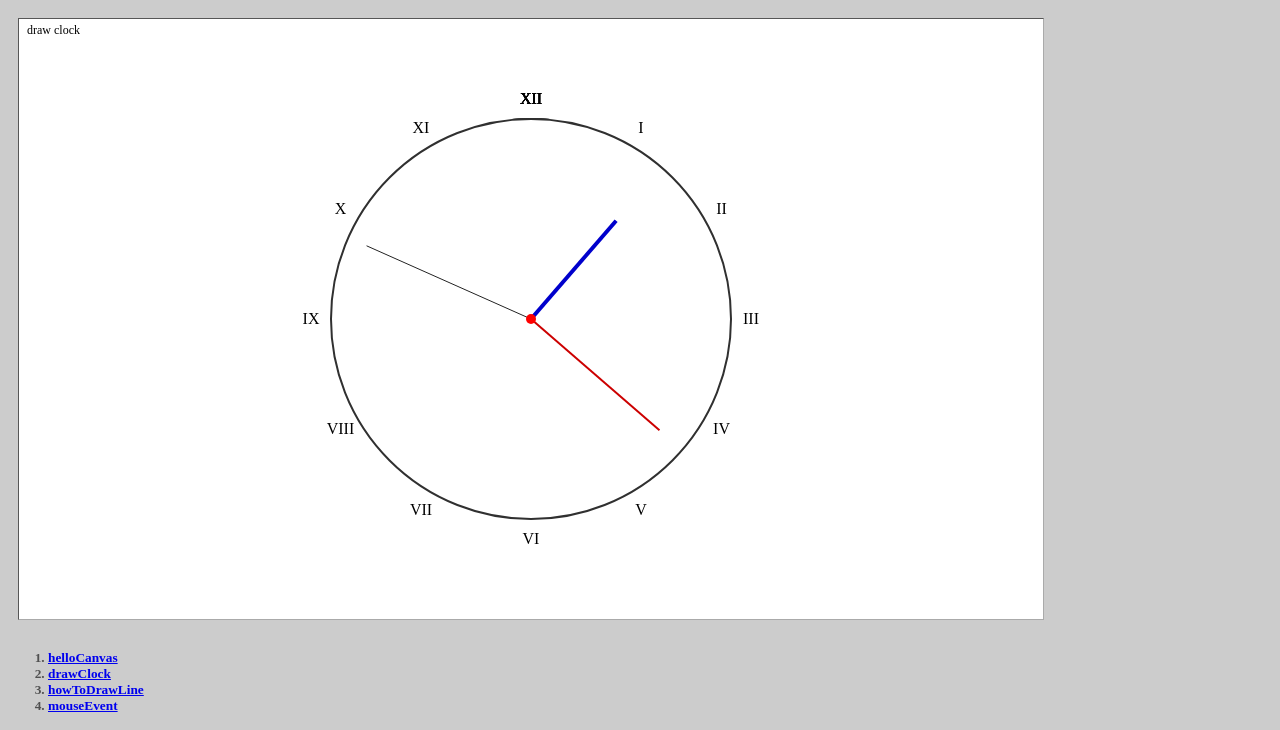
Repository: dnvy0084/canvasstudy
Page: HTML5Canvas.html
The author's editor kept a record of every edit. The page is drawn from the files as they stood at one moment, then again after the next edit.
The browser window is 1280 px wide. The pictures show the whole page.

Above is the page before.

### HTML5Canvas.html
<!DOCTYPE html>
<html>
    <head>
        <title>HTML5 Canvas Example</title>
        <link rel="stylesheet" href="./css/default.css" type="text/css" />
        <script type="text/javascript" src="./js/lib.js"></script>
        <script type="text/javascript" src="./js/html5CanvasExample.js"></script>
    </head>
    <body>
        <canvas id="canvas" width="1024" height="600">
            Canvas does not supported
        </canvas>
        <div><ol id="functionList"/></div>
    </body>
</html>

### css/default.css
body
{
    background: #cccccc;
}

canvas
{
    background: #ffffff;
    margin: 10px;
    border: thin inset #aaaaaa;
}

li
{
    font-family: NanumGothic;
    font-size: 10pt;
    font-weight: bold;
    color: #505050;
}

### js/html5CanvasExample.js

var CanvasApp = function()
{
    this.canvas = undefined;
    this.context = undefined;
    this.finalizer = null;

    this.firstCase = "drawClock";
}

CanvasApp.prototype =
{

    /**
     *
     * initializer
     *  canvas element를 받아 context와 canvas element를
     *  CanvasApp instance 변수에 저장.
     *
     **/
    init: function( canvas )
    {
        this.canvas = canvas;
        this.context = canvas.getContext( "2d" );
        this.context.save();

        this.makeTestCaseList();
        this.excuteFunc( this.firstCase );
    },

    /**
     * test case function name이 포함된 listitem을 html에 추가
     * */
    makeTestCaseList: function()
    {
        var container = document.getElementById( "functionList" ),
            listItem;

        var appContext = this;

        function onclick( e )
        {
            appContext.excuteFunc( e.target.innerHTML.toString() );
        }

        for( var s in this )
        {
            if( typeof( this[s] ) != "function" ||
                s.indexOf( "$" ) == -1 ) continue;

            listItem = document.createElement( "LI" );
            listItem.innerHTML = "<a href='#'>" + s.replace( "$", "" ) + "</a>";
            listItem.addEventListener( "click", onclick );
            container.appendChild( listItem );
        }
    },

    /**
     * 왼쪽 상단에 현재 test case를 알수 있도록 title 표시
     * */
    setTitle: function( title )
    {
        this.context.save();

        this.context.font = "9pt NanumGothic bold";
        this.context.fillStyle = "#96969;";
        this.context.fillText( title, 8, 15 );

        this.context.restore();
    },

    /**
     * 추가된 listItem click시 해당 listItem명의 함수를 호출.
     * */
    excuteFunc: function( funcName )
    {
        if( this.finalizer !== null )
        {
            this.finalizer();
            this.finalizer = null;
        }

        if( !(/^\$/).test( funcName ) )
            funcName = "$" + funcName;

        if( this[ funcName ] === undefined ) return;

        this[ funcName ]();
    },


    /**
     * canvas 화면 클리어.
     * */
    clear: function()
    {
        this.context.clearRect(
            0, 0, this.canvas.width, this.canvas.height );
    },

     /**
     *
     * Test Case Function List
     *
     **/

     // 예제 1.1
    $helloCanvas: function()
    {
        this.clear();
        this.setTitle( "hello, canvas" );

        this.context.save();

        this.context.font = "38pt NanumGothic";
        this.context.fillStyle = "cornflowerblue";
        this.context.strokeStyle = "blue";

        var text = "hello, canvas";
        var measuredInfo = this.context.measureText( text );

        this.context.fillText( text,
            ( this.canvas.width - measuredInfo.width ) / 2, this.canvas.height / 2 );
        this.context.strokeText( text,
            ( this.canvas.width - measuredInfo.width ) / 2, this.canvas.height / 2 );

        this.context.restore();
    },

    $drawClock: function()
    {
        this.clear();
        this.setTitle( "draw clock" );

        var clock = new Clock();
        clock.x = this.canvas.width / 2;
        clock.y = this.canvas.height / 2;

        clock.__render( this.context );

        var appContext = this;
        var clockTimer = setInterval(
            function()
            {
                appContext.context.clearRect(
                    0, 100, appContext.canvas.width, appContext.canvas.height );
                clock.__render( appContext.context );
            }, 1000
        )

        this.finalizer = function()
        {
            clearInterval( clockTimer );
        }
    },

    $howToDrawLine: function()
    {
        this.clear();
        this.setTitle( "howToDrawLine" );
        this.context.save();

        this.context.lineWidth = 2;
        this.context.strokeStyle = "#cc0000";

        var numPolygons = 5,
            radius = 200,
            cx = this.canvas.width / 2,
            cy = this.canvas.height / 2;

        var t = - Math.PI / 2,
            x = cx + radius * Math.cos( t ),
            y = cy + radius * Math.sin( t );

        this.context.beginPath();
        this.context.moveTo( x, y );

        for( var i = 1; i < numPolygons + 1; i++ )
        {
            t = i * ( 2 * Math.PI ) / numPolygons - Math.PI / 2;

            x = cx + radius * Math.cos( t );
            y = cy + radius * Math.sin( t );

            this.context.lineTo( x, y );
        }

        this.context.stroke();

        this.context.lineWidth = 1;
        this.context.strokeStyle = "#0000ff";

        t = -Math.PI / 2;
        x = cx + radius * Math.cos( t ),
        y = cy + radius * Math.sin( t );

        this.context.beginPath();
        this.context.moveTo( x, y );

        for( var i = 2; i <= numPolygons * 2; i += 2 )
        {
            t = ( 2 * Math.PI ) * ( i % numPolygons ) / numPolygons - Math.PI / 2;

            x = cx + radius * Math.cos( t );
            y = cy + radius * Math.sin( t );

             this.context.lineTo( x, y );
        }

        this.context.stroke();
        this.context.restore();
    },

    $mouseEvent: function()
    {
        this.clear();
        this.setTitle( "MouseEvent test" );

        this.canvas.addEventListener( "onclick",
            function( e )
            {
                console.log( e );
            }
        );

        console.log( "test", this.canvas.addEventListener );
    },
}

window.onload = function()
{
    new CanvasApp().init( document.getElementById( "canvas" ) );
}





/**
 *
 * CLOCK Instance
 *
 * */

var Clock = function()
{
    this.radius = 200;

    this.numerals =
    [
        "I", "II", "III", "IV",
        "V", "VI", "VII", "VIII",
        "IX", "X", "XI", "XII"
    ];

    this.x = 0;
    this.y = 0;
};

Clock.prototype =
{
    time: function( time )
    {
        var date = new Date();

        console.log( date );
    },

    drawCircle: function( context )
    {
        context.beginPath();

        context.lineWidth = 2;
        context.strokeStyle = "#303030";
        context.arc( this.x, this.y, this.radius, 0, 2 * Math.PI );
        context.stroke();
    },

    alignNumerals: function( context )
    {
        var r = this.radius + 20,
            t, x, y, textWidth;

        context.font = "12pt NanumGothic bold";

        for( var i = 0; i < this.numerals.length; i++ )
        {
            t = Math.PI * ( i / 6 - 1 / 3 );
            x = this.x + r * Math.cos( t );
            y = this.y + r * Math.sin( t );

            textWidth = context.measureText( this.numerals[i] ).width;
            context.fillText( this.numerals[i], x - textWidth / 2, y + 5 );
        }
    },

    drawHands: function( context )
    {
        var date = new Date(),
            sec = date.getSeconds(),
            min = date.getMinutes() + sec / 60,
            hour = date.getHours() + min / 60,
            t, x, y;

        var a =
        [
            hour, 12, 4, "#0000cc", 0.65,
            min, 60, 2, "#cc0000", 0.85,
            sec, 60, 1, "#222222", 0.9,
        ];

        for( var i = 0; i < a.length; i += 5 )
        {
            context.beginPath();

            t = 2 * Math.PI * a[i] / a[i+1] - Math.PI / 2;
            x = this.x + a[i+4] * this.radius * Math.cos( t );
            y = this.y + a[i+4] * this.radius * Math.sin( t );

            context.lineWidth = a[ i + 2 ];
            context.strokeStyle = a[ i + 3 ];
            context.moveTo( this.x, this.y );
            context.lineTo( x, y );

            context.stroke();
        }

        context.beginPath();

        context.fillStyle = "#ff0000";
        context.arc( this.x, this.y, 5, 0, 2 * Math.PI );
        context.fill();
    },

    __render: function( context )
    {
        context.save();

        this.drawCircle( context );
        this.alignNumerals( context );
        this.drawHands( context );

        context.restore();
    },
}


/**
 * Canvas Context Properties Document
 *
 *
 * 1. Color, Styles, and Shadows
 *
 * ------------------ properties ------------------
 * fillStyle:       Sets or returns the color, gradient, or pattern used to fill the drawing    - e.g( context.fillStyle="#FF0000"; )
 * strokeStyle:     Sets or returns the color, gradient, or pattern used for strokes            - e.g( context.strokeStyle="#FF0000"; )
 * shadowColor:	    Sets or returns the color to use for shadows                                - e.g( context.shadowColor="black"; )
 * shadowBlur:	    Sets or returns the blur level for shadows                                  - e.g( context.fillStyle="#FF0000"; )
 * shadowOffsetX:	Sets or returns the horizontal distance of the shadow from the shape    - e.g( context.shadowOffsetX=20; )
 * shadowOffsetY:	Sets or returns the vertical distance of the shadow from the shape      - e.g( context.shadowOffsetY=20; )
 *
 * ------------------ methods ------------------
 * function createLinearGradient( x0, y0, x1, y1 ){}: GradientObject	Creates a linear gradient (to use on canvas content)
 * function createPattern( image, repeat ){}: PatternObject	        Repeats a specified element in the specified direction
 * function createRadialGradient(){}	Creates a radial/circular gradient (to use on canvas content)
 * function addColorStop(){}	        Specifies the colors and stop positions in a gradient object
 *
 *
 * 2. Line Styles
 *
 * ------------------ properties ------------------
 * lineCap	Sets or returns the style of the end caps for a line
 * lineJoin	Sets or returns the type of corner created, when two lines meet
 * lineWidth	Sets or returns the current line width
 * miterLimit	Sets or returns the maximum miter length
 *
 *
 * 3. Rectangles
 *
 * ------------------ methods ------------------
 * rect()	Creates a rectangle
 * fillRect()	Draws a "filled" rectangle
 * strokeRect()	Draws a rectangle (no fill)
 * clearRect()	Clears the specified pixels within a given rectangle
 *
 *
 * 4. Paths
 *
 * ------------------ methods ------------------
 * fill()	Fills the current drawing (path)
 * stroke()	Actually draws the path you have defined
 * beginPath()	Begins a path, or resets the current path
 * moveTo()	Moves the path to the specified point in the canvas, without creating a line
 * closePath()	Creates a path from the current point back to the starting point
 * lineTo()	Adds a new point and creates a line from that point to the last specified point in the canvas
 * clip()	Clips a region of any shape and size from the original canvas
 * quadraticCurveTo()	Creates a quadratic Bézier curve
 * bezierCurveTo()	Creates a cubic Bézier curve
 * arc( cx, cy, radius, sAngle, eAngle, CCW )	Creates an arc/curve (used to create circles, or parts of circles)
 * arcTo()	Creates an arc/curve between two tangents
 * isPointInPath()	Returns true if the specified point is in the current path, otherwise false
 *
 *
 * 5. Transformations
 *
 * ------------------ methods ------------------
 * scale()	Scales the current drawing bigger or smaller
 * rotate()	Rotates the current drawing
 * translate()	Remaps the (0,0) position on the canvas
 * transform()	Replaces the current transformation matrix for the drawing
 * setTransform()	Resets the current transform to the identity matrix. Then runs transform()
 *
 *
 * 6. Text
 *
 * ------------------ properties -----------------
 * font	Sets or returns the current font properties for text content
 * textAlign	Sets or returns the current alignment for text content
 * textBaseline	Sets or returns the current text baseline used when drawing text
 *
 * ------------------ methods ------------------
 * function fillText( text, x, y ){}	Draws "filled" text on the canvas
 * strokeText()	Draws text on the canvas (no fill)
 * measureText( text ): { width: actual text width }	Returns an object that contains the width of the specified text
 *
 *
 * 7. Image Drawing
 *
 * ------------------ methods ------------------
 * drawImage()	Draws an image, canvas, or video onto the canvas
 *
 *
 * 8. Pixel Manipulation
 *
 * ------------------ properties -----------------
 * width	Returns the width of an ImageData object
 * height	Returns the height of an ImageData object
 * data	Returns an object that contains image data of a specified ImageData object
 *
 * ------------------ methods ------------------
 * createImageData()	Creates a new, blank ImageData object
 * getImageData()	Returns an ImageData object that copies the pixel data for the specified rectangle on a canvas
 * putImageData()	Puts the image data (from a specified ImageData object) back onto the canvas
 *
 *
 * 9. Compositing
 *
 * ------------------ properties -----------------
 * globalAlpha	Sets or returns the current alpha or transparency value of the drawing
 * globalCompositeOperation	Sets or returns how a new image are drawn onto an existing image
 *
 *
 * 10. Other
 * ------------------ methods ------------------
 * save()	Saves the state of the current context
 * restore()	Returns previously saved path state and attributes
 * createEvent()
 * getContext()
 * toDataURL()
 *
**/

Loaded but not shown: js/lib.js (no copy from this time; the picture is the same without it)

After the next edit:
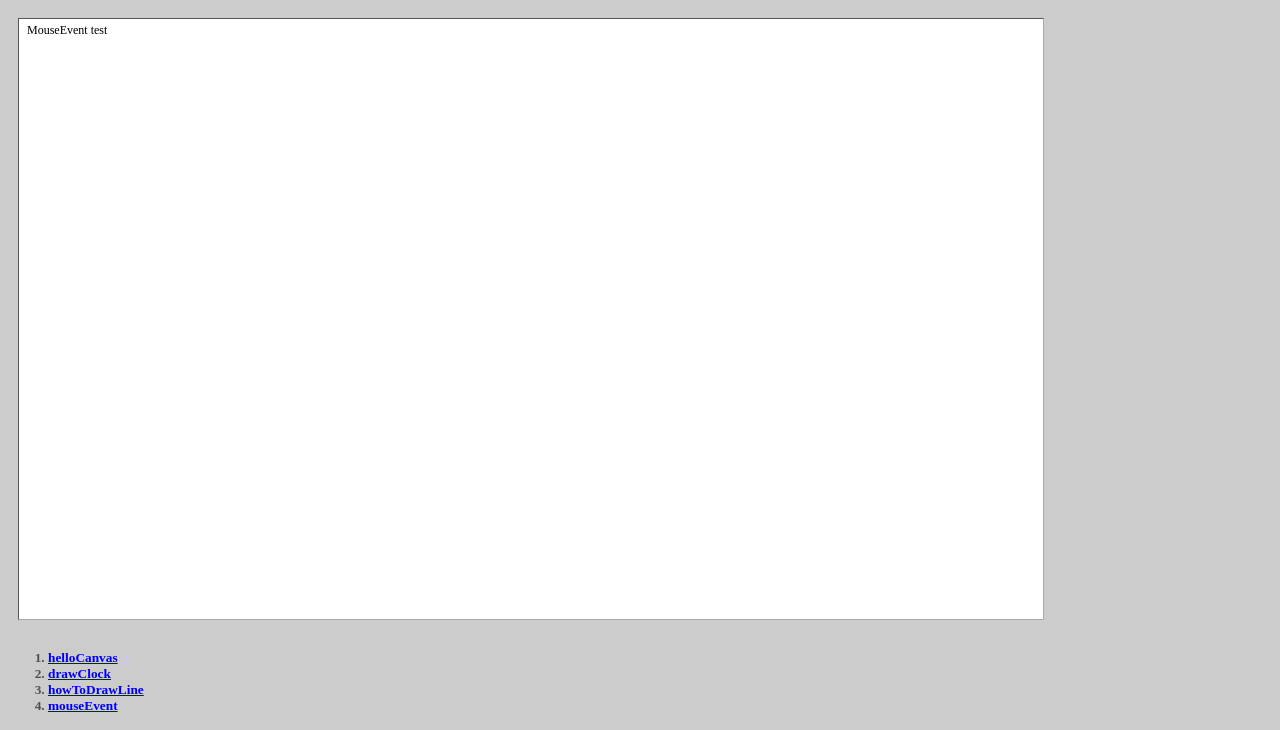
The edit:
--- a/js/html5CanvasExample.js
+++ b/js/html5CanvasExample.js
@@ -5,7 +5,7 @@
     this.context = undefined;
     this.finalizer = null;
 
-    this.firstCase = "drawClock";
+    this.firstCase = "mouseEvent";
 }
 
 CanvasApp.prototype =
